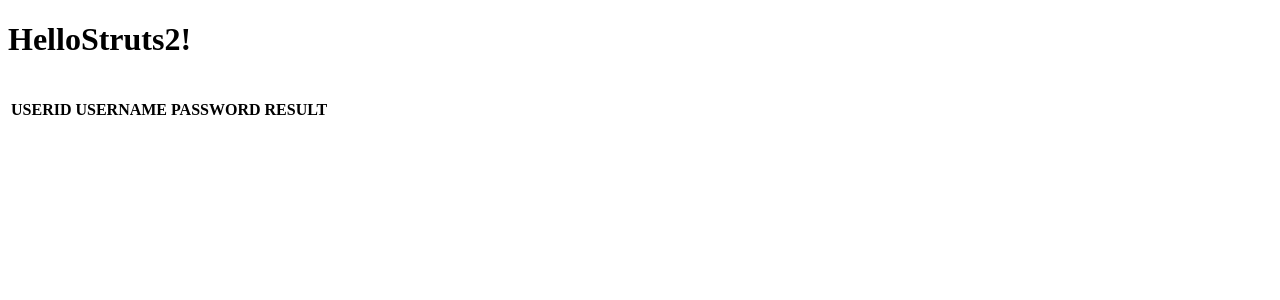
Repository: teru1236/test
Page: http://localhost/WebproJ4/hello.jsp
An editor plug-in stored every save of this project. The page is shown before and after the next save, followed by the edit.
The browser window is 1280 px wide. The pictures show the whole page.
The page is served by Tomcat 9. Other server files are loaded and not shown.

Above is the page before, as saved 2018-03-02 08:32:55.

### WebproJ4/WebContent/hello.jsp
<%@ page language="java" contentType="text/html; charset=UTF-8"
    pageEncoding="UTF-8"%>
<%@ taglib prefix="s" uri="/struts-tags" %>
<!DOCTYPE html PUBLIC "-//W3C//DTD HTML 4.01 Transitional//EN" "http://www.w3.org/TR/html4/loose.dtd">
<html>
<head>
<meta http-equiv="Content-Type" content="text/html; charset=UTF-8">
<title>HelloStruts</title>
</head>
<body>
<h1>HelloStruts2!</h1>
<br>

<table>
	<tbody>

	<tr>
		<th>USERID</th>
		<th>USERNAME</th>
		<th>PASSWORD</th>
		<th>RESULT</th>
	</tr>

	<s:iterator value="helloStrutsDTOList">

	<tr>
		<td><s:property value="userId"/></td>
		<td><s:property value="userName"/></td>
		<td><s:property value="password"/></td>
		<td><s:property value="result"/></td>
	</tr>

	</s:iterator>
	</tbody>
</table>
</body>
</html>

### WebproJ4/WebContent/css/style.css
@CHARSET "UTF-8";
table{
	width:auto;
	border-spacing:0;
	font-size:14px;
}
table th{
	color:#fff;
	padding:8px 15px;
	background:#258;
	background:-moz-linear-gradient(rgba(34,85,136,0,9),rgba(34,85,136,0,9) 50%);
	background:-webkit-gradient(linear,100%,0%,100%,50%,from(rgba(34,85,136,0,7),to(rgba(34,85,136,0,9))));
	font-weight:bold;
	border-left:1px solid #258;
	border-top:1px solid #258;
	border-bottom:1px solid #258;
	line-height:120%;
	text-align:center;
	text-shaow:0 -1px 0 rgba(34,85,136,0,9);
	box-shadow:opx 1px 1px rgba(255,255,255,0,3) inset;
}
table th:first-child{
	border-radius:5px 0 0 0;
}
table th:last-child{
	border-radius:0 5px 0 0;
	border-right:1px solid #258;
	box-shadow:2px 2px 1px rgba(0,0,0,0,1),0px 1px 1px rgba(255,255,255,0,3) inset;

}
table tr td{
	padding:8px 15px;
	border-bottom:1px solid #84b2e0;
	border-left:1px solid #84b2e0;
	text-align:center;
}
table tr{
	background:#fff;
}
table tr:nth-child(2n+1){
	background:#f1f6fc;
}
table tr:last-child td{
	box-shadow:2px 2px 1px rgba(0,0,0,0,1);
}
table tr:last-child td:first-child{
	border-radius:0 0 0 5px;
}
table tr:last-child td:last-child{
	border-radius:0 0 5px 0;
}
table tr:hover{
	background:#bbd4ee;
	cursor:pointer;
}

After the next save:
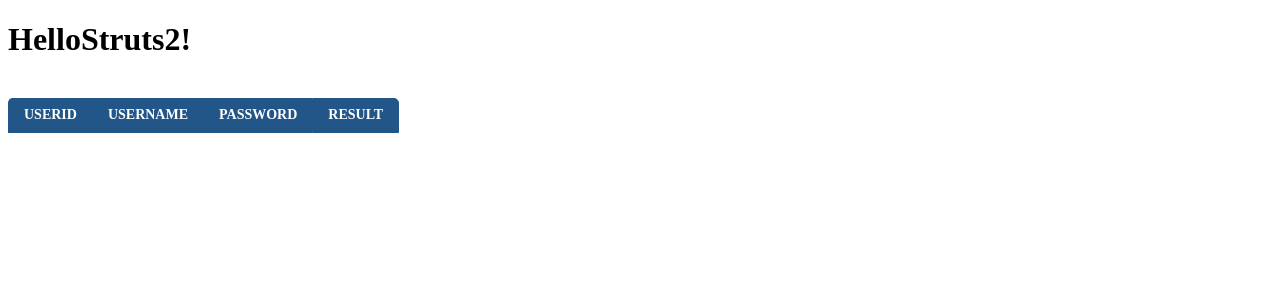
Saved 2 min 10 s later.
--- a/WebproJ4/WebContent/hello.jsp
+++ b/WebproJ4/WebContent/hello.jsp
@@ -5,6 +5,7 @@
 <html>
 <head>
 <meta http-equiv="Content-Type" content="text/html; charset=UTF-8">
+<link rel="stylesheet" type="text/css" href="./css/style.css">
 <title>HelloStruts</title>
 </head>
 <body>
